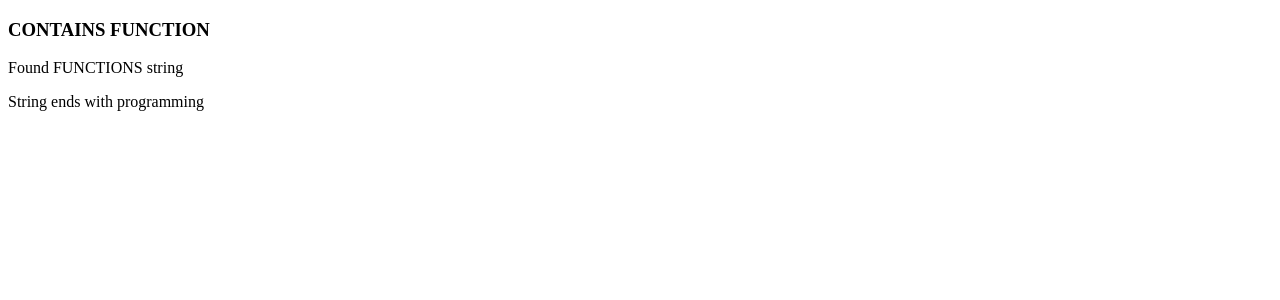
Repository: Siddhant1401/Aurionpro-J2EE
Page: http://localhost/04-JSTL-Tags/JSTLFunctions.jsp
An editor plug-in stored every save of this project. The page is shown before and after a run of saves, followed by the edit.
The browser window is 1280 px wide. The pictures show the whole page.
The page is served by Tomcat 9. Other server files are loaded and not shown.

Above is the page before, as saved 2023-10-13 04:53:50.

### 04-JSTL-Tags/WebContent/JSTLFunctions.jsp
<%@ page language="java" contentType="text/html; charset=ISO-8859-1"
	pageEncoding="ISO-8859-1"%>
<%@ taglib uri="http://java.sun.com/jsp/jstl/core" prefix="c"%>
<%@ taglib uri="http://java.sun.com/jsp/jstl/functions" prefix="fn"%>
<!DOCTYPE html PUBLIC "-//W3C//DTD HTML 4.01 Transitional//EN" "http://www.w3.org/TR/html4/loose.dtd">
<html>
<head>
<meta http-equiv="Content-Type" content="text/html; charset=ISO-8859-1">
<title>JSTL FUNCTIONS</title>
</head>
<body>

	<h3>CONTAINS FUNCTION</h3>
	<c:set var="String" value="Welcome to JSTL FUNCTIONS" />

	<c:if test="${fn:contains(String, 'FUNCTIONS')}">
		<p>Found FUNCTIONS string
		<p>
	</c:if>

	<c:if test="${fn:contains(String, 'functions')}">
		<p>Found functions string</p>
	</c:if>

	<c:set var="String" value="Welcome to JSP programming" />

	<c:if test="${fn:endsWith(String, 'programming')}">
		<p>String ends with programming
		<p>
	</c:if>

	<c:if test="${fn:endsWith(String, 'JSP')}">
		<p>String ends with JSP
		<p>
	</c:if>
</body>
</html>

After the next 2 saves:
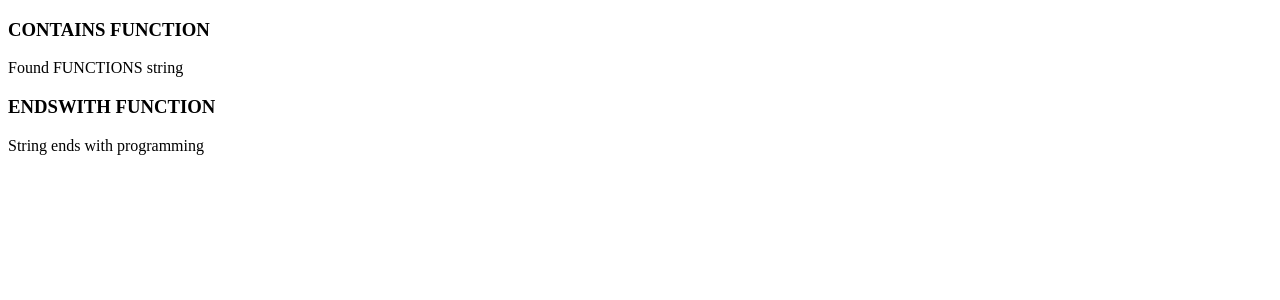
The 2 saves are shown as one change because they came seconds apart.
The last was saved 19 s later.
--- a/04-JSTL-Tags/WebContent/JSTLFunctions.jsp
+++ b/04-JSTL-Tags/WebContent/JSTLFunctions.jsp
@@ -22,6 +22,8 @@
 		<p>Found functions string</p>
 	</c:if>
 
+
+	<h3>ENDSWITH FUNCTION</h3>
 	<c:set var="String" value="Welcome to JSP programming" />
 
 	<c:if test="${fn:endsWith(String, 'programming')}">
